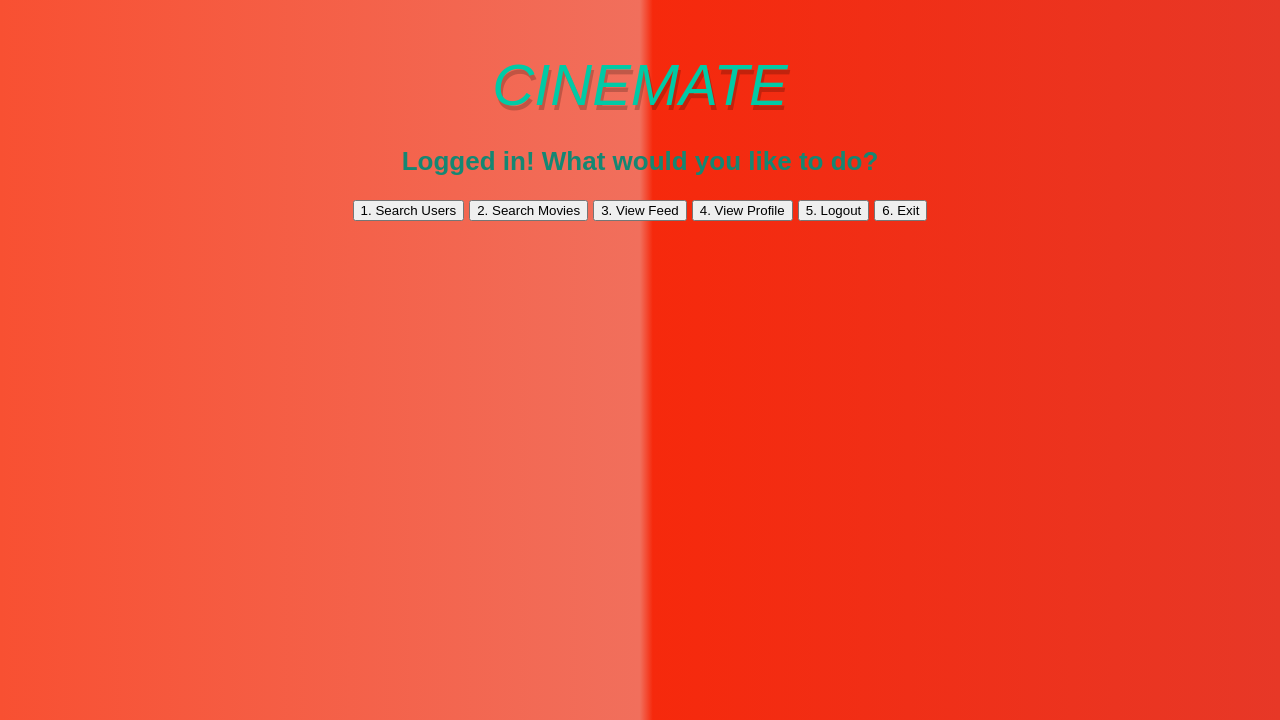
Repository: ir1998/cs201
Page: http://localhost/Assignment2/MainMenu.jsp
An editor plug-in stored every save of this project. The page is shown before and after the next save, followed by the edit.
The browser window is 1280 px wide. The pictures show the whole page.
The page is served by Tomcat 9.

Above is the page before, as saved 2017-02-12 19:23:11.

After the next save:
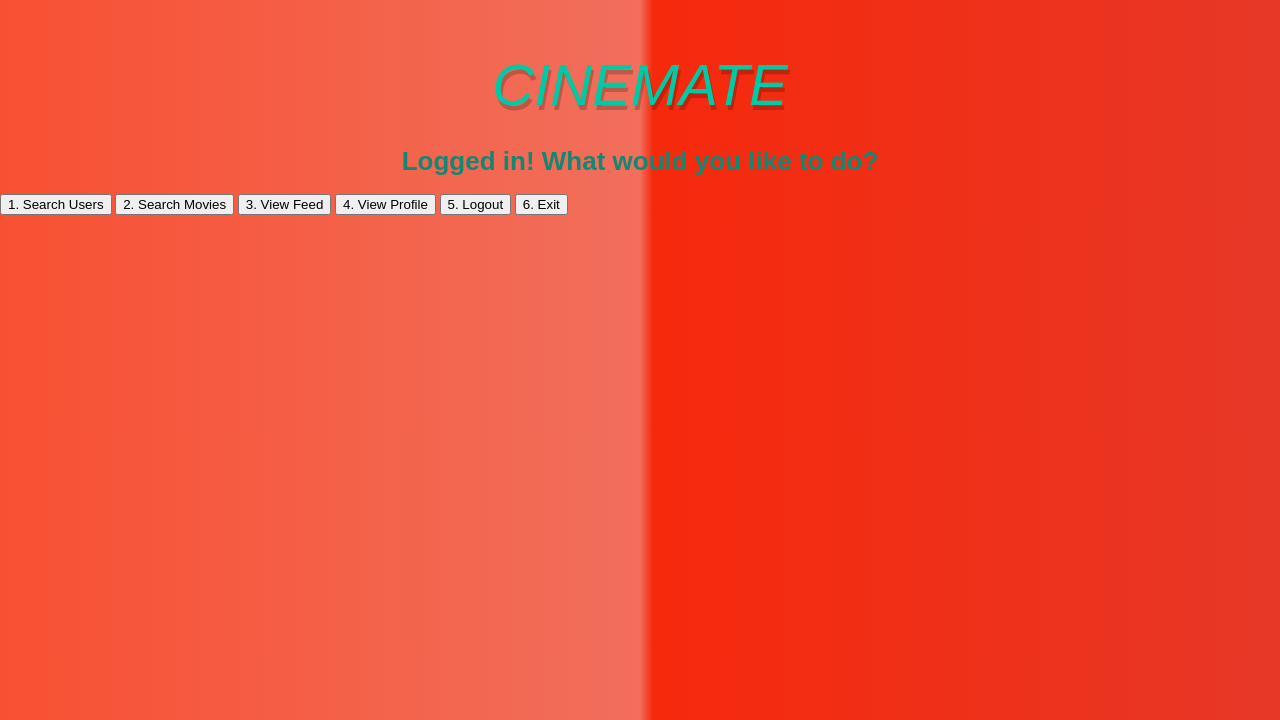
Saved 42 s later.
--- a/Assignment2/WebContent/MainMenu.jsp
+++ b/Assignment2/WebContent/MainMenu.jsp
@@ -9,7 +9,7 @@
 <h2 id="Title2" >Logged in! What would you like to do?</h2>
 </head>
 <body>
-	<form method="GET" action="MenuSelectionServlet" id="Title4">
+	<form id="form1" method="GET" action="MenuSelectionServlet" id="Title4">
 		<input type="submit" name="searchUsers" value="1. Search Users">
 		<input type="submit" name="searchMovies" value="2. Search Movies">
 		<input type="submit" name="viewFeed" value="3. View Feed">

After the save that followed:
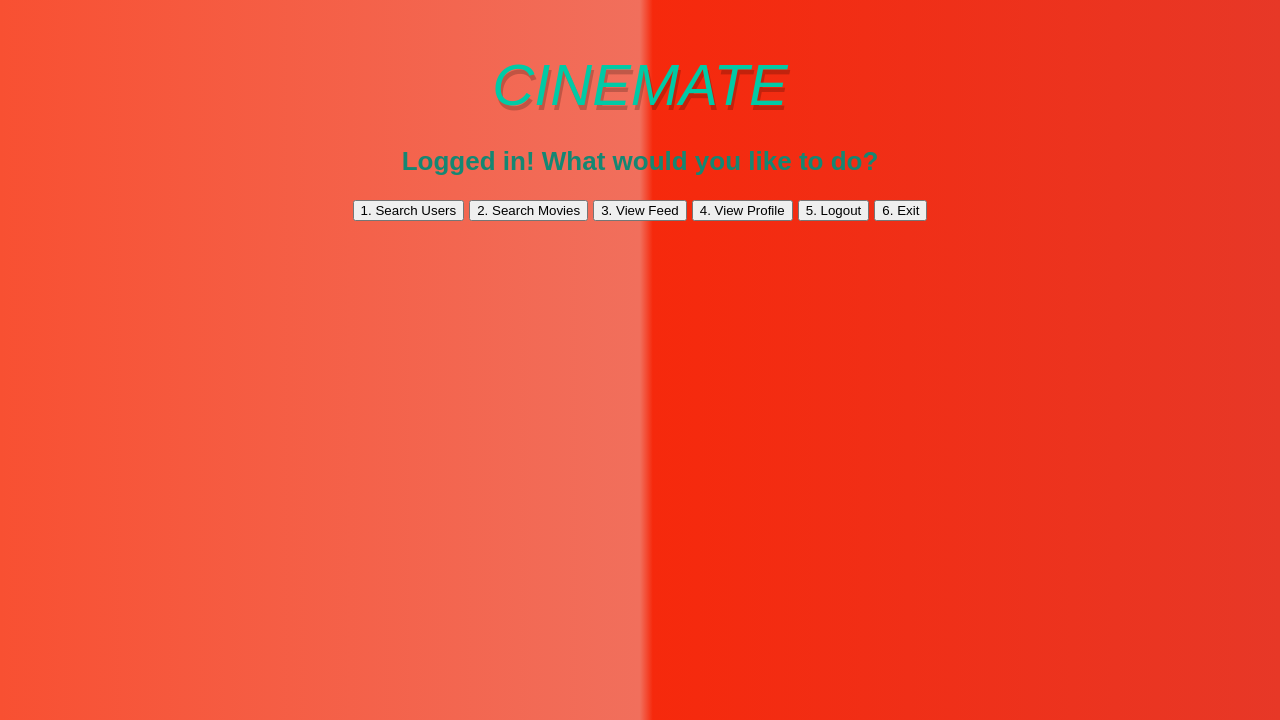
Saved 13 s later.
--- a/Assignment2/WebContent/MainMenu.jsp
+++ b/Assignment2/WebContent/MainMenu.jsp
@@ -9,7 +9,7 @@
 <h2 id="Title2" >Logged in! What would you like to do?</h2>
 </head>
 <body>
-	<form id="form1" method="GET" action="MenuSelectionServlet" id="Title4">
+	<form method="GET" action="FirstServlet" id="Title4">
 		<input type="submit" name="searchUsers" value="1. Search Users">
 		<input type="submit" name="searchMovies" value="2. Search Movies">
 		<input type="submit" name="viewFeed" value="3. View Feed">
